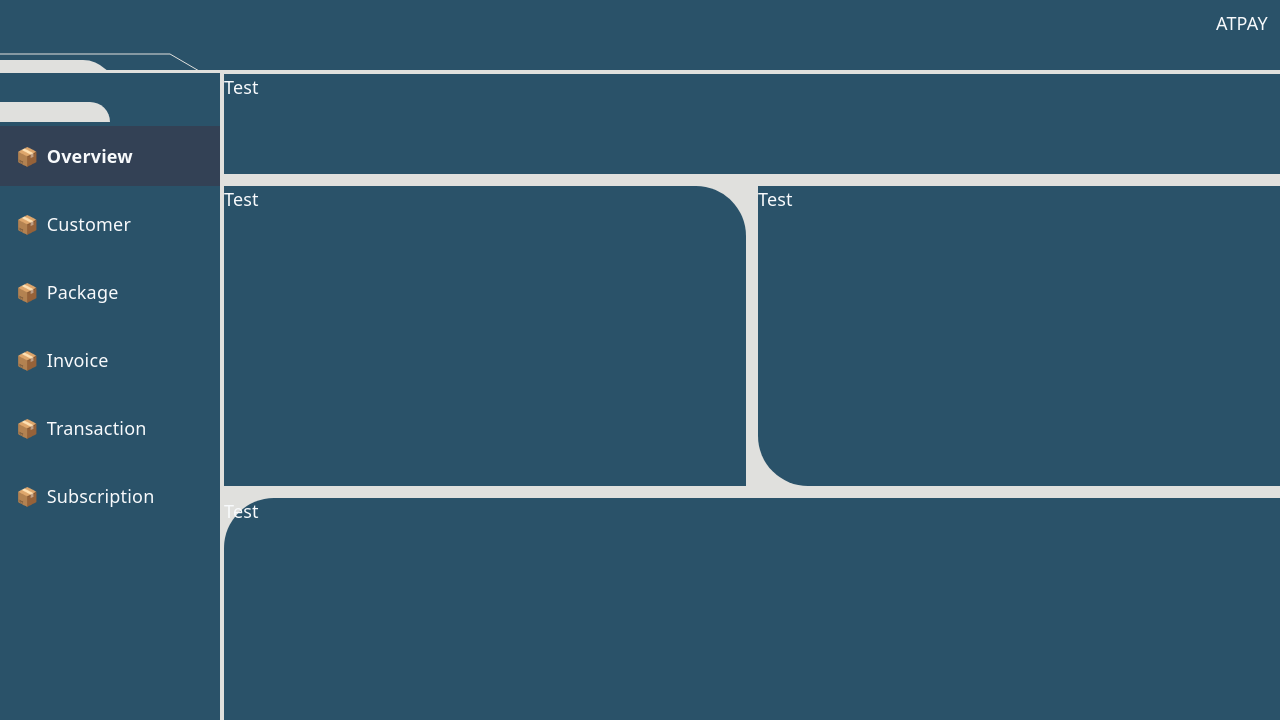
Repository: Farazdaq/stripe-payment-integration
Page: /dashboard (app in stripe-integration-react-dashboard/)
The author's editor kept a copy of each file at every save. The page is drawn from the files as they stood at one save, then again after the next save.
The browser window is 1280 px wide. The pictures show the whole page.
An inner scrolling area shows only its first screen. The project was rebuilt for these pictures with package versions that can differ from the ones it lists, and the page was loaded fresh each time. Also part of the build but not shown: stripe-integration-react-dashboard/vite.config.ts, stripe-integration-react-dashboard/src/App.css, stripe-integration-react-dashboard/src/features/dashboard/pages/Customer.tsx, stripe-integration-react-dashboard/src/features/dashboard/pages/Package.tsx, stripe-integration-react-dashboard/src/features/dashboard/pages/Invoice.tsx, stripe-integration-react-dashboard/src/features/dashboard/pages/Transaction.tsx, stripe-integration-react-dashboard/src/features/dashboard/pages/Subscription.tsx.

Above is the page before, as saved 2026-05-12 16:48:51.

After the next save:
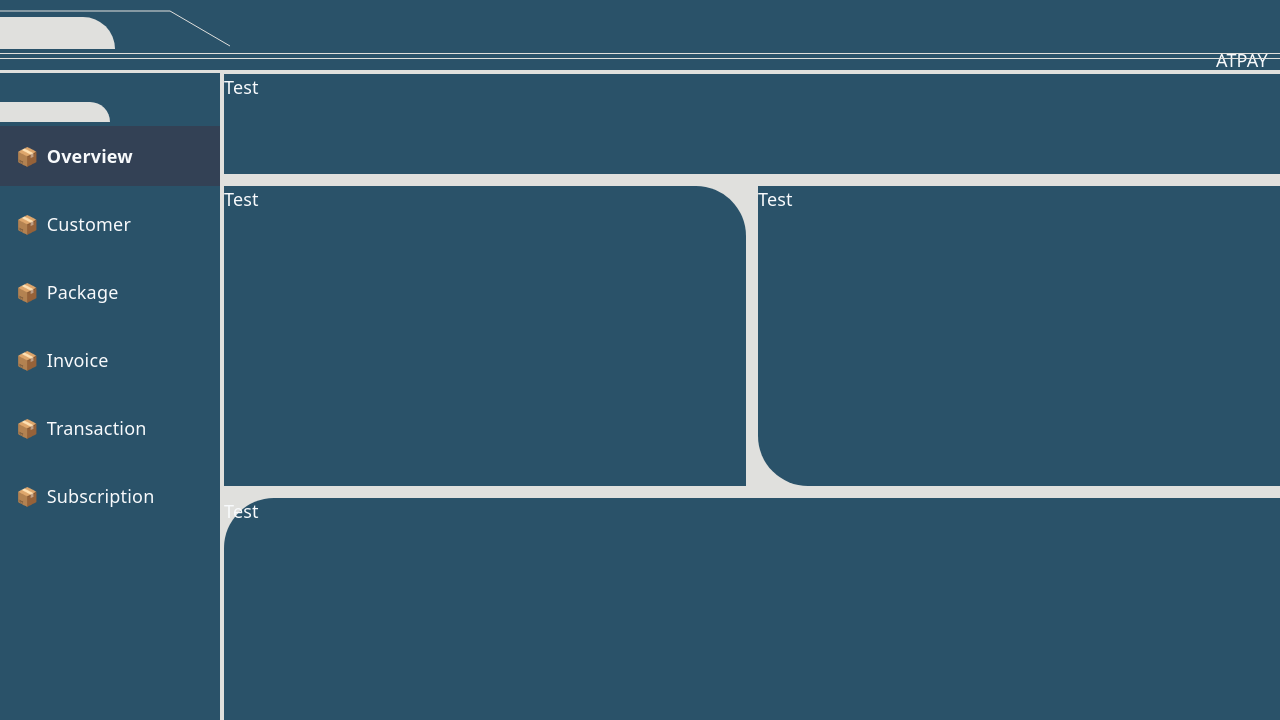
Saved 13 s later.
--- a/stripe-integration-react-dashboard/src/features/dashboard/layout/Navbar.tsx
+++ b/stripe-integration-react-dashboard/src/features/dashboard/layout/Navbar.tsx
@@ -17,12 +17,7 @@ export default function Navbar() {
     >
       <div className="flex flex-col gap-1 md:gap-1">
         {/* FIX: Wrap angled divider in a fixed-height container */}
-        <div>
-          {" "}
-          <div className="ml-[95%] mb-[1%]">
-            <p>ATPAY</p>
-          </div>
-        </div>
+
         <div style={{ height: "3px", overflow: "visible" }}>
           <LineDivider
             color="#E0E0DD"
@@ -33,6 +28,9 @@ export default function Navbar() {
               { d: 35 }, // go down 20px
             ]} // go to end of screen
           />
+          <div className="ml-[95%] mb-[1%]">
+            <p>ATPAY</p>
+          </div>
 
           <div className="ml-[9.5%] mb-1">
             <LineDivider color="#E0E0DD" thickness="1px" />
